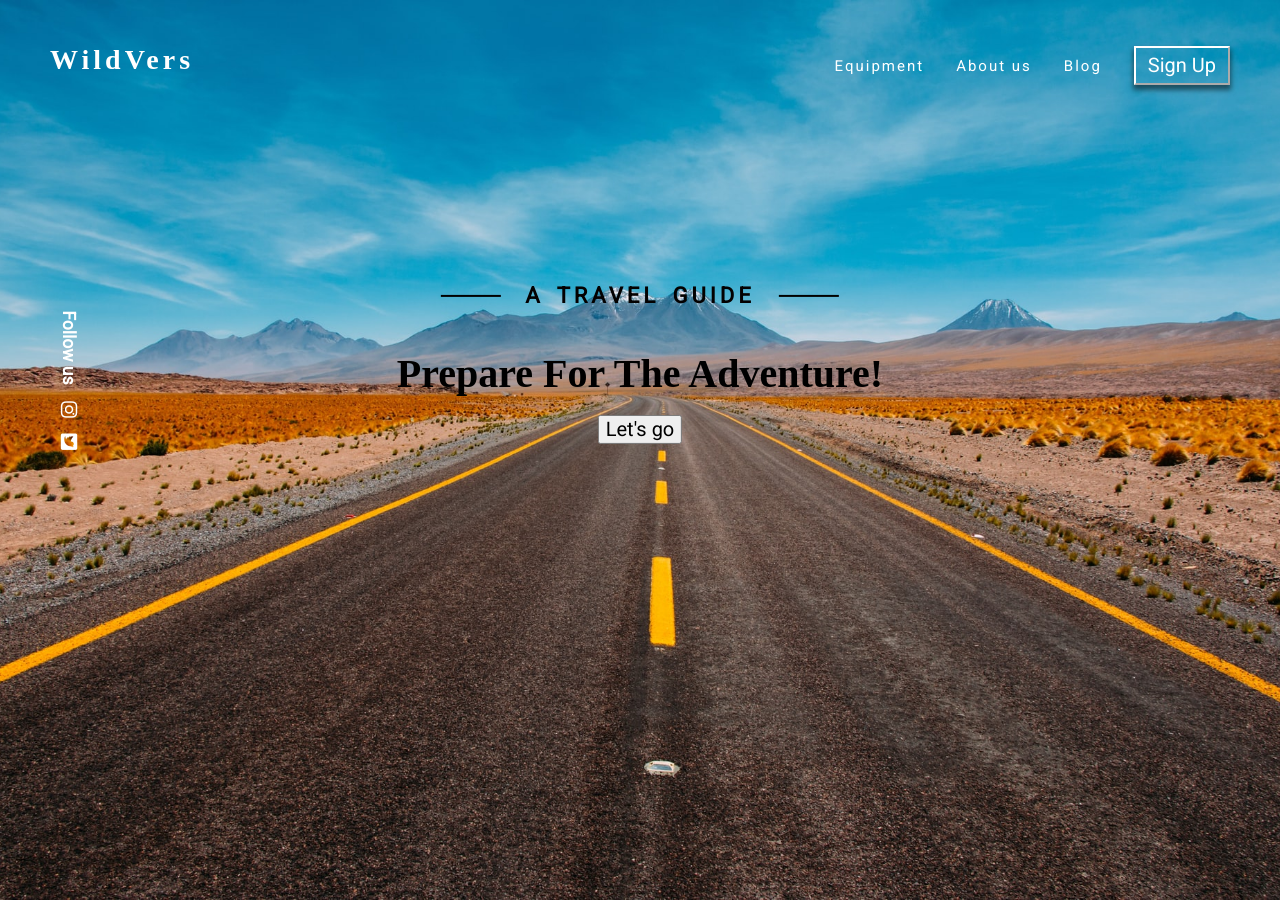
Repository: Hunga9k50doker/wildver-travel
Page: src/index.html
The author's editor kept a copy of each file at every save. The page is drawn from the files as they stood at one save, then again after a run of saves.
The browser window is 1280 px wide. The pictures show the whole page.
Some web fonts or font styles are not loaded; a fallback is used. The style sheet was rebuilt from its Sass, Less or Tailwind sources for each picture, by a compiler version that may differ from the author's.

Above is the page before, as saved 2021-08-26 00:25:24.

### src/index.html
<!DOCTYPE html>
<html lang="en">
<head>
    <meta charset="UTF-8">
    <meta http-equiv="X-UA-Compatible" content="IE=edge">
    <meta name="viewport" content="width=device-width, initial-scale=1.0">
    <link href="https://fonts.googleapis.com/css2?family=Hina+Mincho&family=Roboto&display=swap" rel="stylesheet">
    <link rel="stylesheet" href="public/css/normalize.min.css">
    <link rel="stylesheet" href="public/css/grid.css">
    <link rel="stylesheet" href="public/css/base.css">
    <link rel="stylesheet" href="public/css/header.css">
    <link rel="stylesheet" href="public/vendor/fontawesome-free-5.15.3-web/css/all.min.css">
    <title>Document</title>
</head>
<body>
    <div class="app">
        <section class="header">
            <section class="header_nav">
                <h1 class="header_nav-home">WildVers</h1>
                <div class="header_nav-body">
                    <a href="/" class="header_nav-body-item">Equipment</a>
                    <a href="/" class="header_nav-body-item">About us</a>
                    <a href="/" class="header_nav-body-item">Blog</a>
                    <button class="header_nav-body-res">Sign Up</button>
                </div>
            </section>
            <section class="header_contain">
                <div class="header_contain-follow">
                    <p>Follow us</p>
                   <a href="/">
                       <i class="fab fa-instagram"></i>
                   </a>
                   <a href="/">
                       <i class="fab fa-twitter-square"></i>
                   </a>
                </div>
                <div class="header_contain-content">
                    <h3 class="header_contain-content-title">A travel guide</h3>
                    <h2>Prepare For The Adventure!</h2>
                    <button>Let's go</button>
                </div>
            </section>
        </section>
        <section class="grip wide">

        </section>
    </div>
</body>
</html>

### src/public/css/normalize.min.css
html{line-height:1.15;-webkit-text-size-adjust:100%}body{margin:0}main{display:block}h1{font-size:2em;margin:.67em 0}hr{box-sizing:content-box;height:0;overflow:visible}pre{font-family:monospace,monospace;font-size:1em}a{background-color:transparent}abbr[title]{border-bottom:none;text-decoration:underline;text-decoration:underline dotted}b,strong{font-weight:bolder}code,kbd,samp{font-family:monospace,monospace;font-size:1em}small{font-size:80%}sub,sup{font-size:75%;line-height:0;position:relative;vertical-align:baseline}sub{bottom:-.25em}sup{top:-.5em}img{border-style:none}button,input,optgroup,select,textarea{font-family:inherit;font-size:100%;line-height:1.15;margin:0}button,input{overflow:visible}button,select{text-transform:none}[type=button],[type=reset],[type=submit],button{-webkit-appearance:button}[type=button]::-moz-focus-inner,[type=reset]::-moz-focus-inner,[type=submit]::-moz-focus-inner,button::-moz-focus-inner{border-style:none;padding:0}[type=button]:-moz-focusring,[type=reset]:-moz-focusring,[type=submit]:-moz-focusring,button:-moz-focusring{outline:1px dotted ButtonText}fieldset{padding:.35em .75em .625em}legend{box-sizing:border-box;color:inherit;display:table;max-width:100%;padding:0;white-space:normal}progress{vertical-align:baseline}textarea{overflow:auto}[type=checkbox],[type=radio]{box-sizing:border-box;padding:0}[type=number]::-webkit-inner-spin-button,[type=number]::-webkit-outer-spin-button{height:auto}[type=search]{-webkit-appearance:textfield;outline-offset:-2px}[type=search]::-webkit-search-decoration{-webkit-appearance:none}::-webkit-file-upload-button{-webkit-appearance:button;font:inherit}details{display:block}summary{display:list-item}template{display:none}[hidden]{display:none}
/*# sourceMappingURL=normalize.min.css.map */

### src/public/css/grid.css
.grid {
    width: 100%;
    display: block;
    padding: 0;
    margin: 0 auto;
}

.grid.wide {
    max-width: 1200px;
    margin: 0 auto;
}

.row {
    display: flex;
    flex-wrap: wrap;
    margin-left: -4px;
    margin-right: -4px;
}


.row.no-gutters {
    margin-left: 0;
    margin-right: 0;
}

.col {

    padding-left: 4px;
    padding-right: 4px;
}

.row.no-gutters .col {
    padding-left: 0;
    padding-right: 0;
}

.c-0 {
    display: none;
}

.c-1 {
    flex: 0 0 8.33333%;
    max-width: 8.33333%;
}

.c-2 {
    flex: 0 0 16.66667%;
    max-width: 16.66667%;
}

.c-3 {
    flex: 0 0 25%;
    max-width: 25%;
}

.c-4 {
    flex: 0 0 33.33333%;
    max-width: 33.33333%;
}

.c-5 {
    flex: 0 0 41.66667%;
    max-width: 41.66667%;
}

.c-6 {
    flex: 0 0 50%;
    max-width: 50%;
}

.c-7 {
    flex: 0 0 58.33333%;
    max-width: 58.33333%;
}

.c-8 {
    flex: 0 0 66.66667%;
    max-width: 66.66667%;
}

.c-9 {
    flex: 0 0 75%;
    max-width: 75%;
}

.c-10 {
    flex: 0 0 83.33333%;
    max-width: 83.33333%;
}

.c-11 {
    flex: 0 0 91.66667%;
    max-width: 91.66667%;
}

.c-12 {
    flex: 0 0 100%;
    max-width: 100%;
}

.c-o-1 {
    margin-left: 8.33333%;
}

.c-o-2 {
    margin-left: 16.66667%;
}

.c-o-3 {
    margin-left: 25%;
}

.c-o-4 {
    margin-left: 33.33333%;
}

.c-o-5 {
    margin-left: 41.66667%;
}

.c-o-6 {
    margin-left: 50%;
}

.c-o-7 {
    margin-left: 58.33333%;
}

.c-o-8 {
    margin-left: 66.66667%;
}

.c-o-9 {
    margin-left: 75%;
}

.c-o-10 {
    margin-left: 83.33333%;
}

.c-o-11 {
    margin-left: 91.66667%;
}

/* >= Tablet */
@media (min-width: 740px) {
    .row {
        margin-left: -8px;
        margin-right: -8px;
    }

    .col {
        padding-left: 8px;
        padding-right: 8px;
    }

    .m-0 {
        display: none;
    }

    .m-1,
    .m-2,
    .m-3,
    .m-4,
    .m-5,
    .m-6,
    .m-7,
    .m-8,
    .m-9,
    .m-10,
    .m-11,
    .m-12 {
        display: block;
    }

    .m-1 {
        flex: 0 0 8.33333%;
        max-width: 8.33333%;
    }

    .m-2 {
        flex: 0 0 16.66667%;
        max-width: 16.66667%;
    }

    .m-3 {
        flex: 0 0 25%;
        max-width: 25%;
    }

    .m-4 {
        flex: 0 0 33.33333%;
        max-width: 33.33333%;
    }

    .m-5 {
        flex: 0 0 41.66667%;
        max-width: 41.66667%;
    }

    .m-6 {
        flex: 0 0 50%;
        max-width: 50%;
    }

    .m-7 {
        flex: 0 0 58.33333%;
        max-width: 58.33333%;
    }

    .m-8 {
        flex: 0 0 66.66667%;
        max-width: 66.66667%;
    }

    .m-9 {
        flex: 0 0 75%;
        max-width: 75%;
    }

    .m-10 {
        flex: 0 0 83.33333%;
        max-width: 83.33333%;
    }

    .m-11 {
        flex: 0 0 91.66667%;
        max-width: 91.66667%;
    }

    .m-12 {
        flex: 0 0 100%;
        max-width: 100%;
    }

    .m-o-1 {
        margin-left: 8.33333%;
    }

    .m-o-2 {
        margin-left: 16.66667%;
    }

    .m-o-3 {
        margin-left: 25%;
    }

    .m-o-4 {
        margin-left: 33.33333%;
    }

    .m-o-5 {
        margin-left: 41.66667%;
    }

    .m-o-6 {
        margin-left: 50%;
    }

    .m-o-7 {
        margin-left: 58.33333%;
    }

    .m-o-8 {
        margin-left: 66.66667%;
    }

    .m-o-9 {
        margin-left: 75%;
    }

    .m-o-10 {
        margin-left: 83.33333%;
    }

    .m-o-11 {
        margin-left: 91.66667%;
    }
}

/* PC medium resolution > */
@media (min-width: 1113px) {
    .row {
        margin-left: -12px;
        margin-right: -12px;
    }

    .row.sm-gutter {
        margin-left: -5px;
        margin-right: -5px;
    }

    .col {
        padding-left: 12px;
        padding-right: 12px;
    }

    .row.sm-gutter .col {
        padding-left: 5px;
        padding-right: 5px;
    }

    .l-0 {
        display: none;
    }

    .l-1,
    .l-2,
    .l-2-4,
    .l-3,
    .l-4,
    .l-5,
    .l-6,
    .l-7,
    .l-8,
    .l-9,
    .l-10,
    .l-11,
    .l-12 {
        display: block;
    }

    .l-1 {
        flex: 0 0 8.33333%;
        max-width: 8.33333%;
    }

    .l-2 {
        flex: 0 0 16.66667%;
        max-width: 16.66667%;
    }

    .l-2-4 {
        flex: 0 0 20%;
        max-width: 20%;
    }

    .l-3 {
        flex: 0 0 25%;
        max-width: 25%;
    }

    .l-4 {
        flex: 0 0 33.33333%;
        max-width: 33.33333%;
    }

    .l-5 {
        flex: 0 0 41.66667%;
        max-width: 41.66667%;
    }

    .l-6 {
        flex: 0 0 50%;
        max-width: 50%;
    }

    .l-7 {
        flex: 0 0 58.33333%;
        max-width: 58.33333%;
    }

    .l-8 {
        flex: 0 0 66.66667%;
        max-width: 66.66667%;
    }

    .l-9 {
        flex: 0 0 75%;
        max-width: 75%;
    }

    .l-10 {
        flex: 0 0 83.33333%;
        max-width: 83.33333%;
    }

    .l-11 {
        flex: 0 0 91.66667%;
        max-width: 91.66667%;
    }

    .l-12 {
        flex: 0 0 100%;
        max-width: 100%;
    }

    .l-o-1 {
        margin-left: 8.33333%;
    }

    .l-o-2 {
        margin-left: 16.66667%;
    }

    .l-o-3 {
        margin-left: 25%;
    }

    .l-o-4 {
        margin-left: 33.33333%;
    }

    .l-o-5 {
        margin-left: 41.66667%;
    }

    .l-o-6 {
        margin-left: 50%;
    }

    .l-o-7 {
        margin-left: 58.33333%;
    }

    .l-o-8 {
        margin-left: 66.66667%;
    }

    .l-o-9 {
        margin-left: 75%;
    }

    .l-o-10 {
        margin-left: 83.33333%;
    }

    .l-o-11 {
        margin-left: 91.66667%;
    }
}

/* Tablet - PC low resolution */
@media (min-width: 740px) and (max-width: 1023px) {
    .wide {
        width: 644px;
    }
}

/* > PC low resolution */
@media (min-width: 1024px) and (max-width: 1239px) {
    .wide {
        width: 984px;
    }

    .wide .row {
        margin-left: -12px;
        margin-right: -12px;
    }

    .wide .row.sm-gutter {
        margin-left: -5px;
        margin-right: -5px;
    }

    .wide .col {
        padding-left: 12px;
        padding-right: 12px;
    }

    .wide .row.sm-gutter .col {
        padding-left: 5px;
        padding-right: 5px;
    }

    .wide .l-0 {
        display: none;
    }

    .wide .l-1,
    .wide .l-2,
    .wide .l-2-4,
    .wide .l-3,
    .wide .l-4,
    .wide .l-5,
    .wide .l-6,
    .wide .l-7,
    .wide .l-8,
    .wide .l-9,
    .wide .l-10,
    .wide .l-11,
    .wide .l-12 {
        display: block;
    }

    .wide .l-1 {
        flex: 0 0 8.33333%;
        max-width: 8.33333%;
    }

    .wide .l-2 {
        flex: 0 0 16.66667%;
        max-width: 16.66667%;
    }

    .wide .l-2-4 {
        flex: 0 0 20%;
        max-width: 20%;
    }

    .wide .l-3 {
        flex: 0 0 25%;
        max-width: 25%;
    }

    .wide .l-4 {
        flex: 0 0 33.33333%;
        max-width: 33.33333%;
    }

    .wide .l-5 {
        flex: 0 0 41.66667%;
        max-width: 41.66667%;
    }

    .wide .l-6 {
        flex: 0 0 50%;
        max-width: 50%;
    }

    .wide .l-7 {
        flex: 0 0 58.33333%;
        max-width: 58.33333%;
    }

    .wide .l-8 {
        flex: 0 0 66.66667%;
        max-width: 66.66667%;
    }

    .wide .l-9 {
        flex: 0 0 75%;
        max-width: 75%;
    }

    .wide .l-10 {
        flex: 0 0 83.33333%;
        max-width: 83.33333%;
    }

    .wide .l-11 {
        flex: 0 0 91.66667%;
        max-width: 91.66667%;
    }

    .wide .l-12 {
        flex: 0 0 100%;
        max-width: 100%;
    }

    .wide .l-o-1 {
        margin-left: 8.33333%;
    }

    .wide .l-o-2 {
        margin-left: 16.66667%;
    }

    .wide .l-o-3 {
        margin-left: 25%;
    }

    .wide .l-o-4 {
        margin-left: 33.33333%;
    }

    .wide .l-o-5 {
        margin-left: 41.66667%;
    }

    .wide .l-o-6 {
        margin-left: 50%;
    }

    .wide .l-o-7 {
        margin-left: 58.33333%;
    }

    .wide .l-o-8 {
        margin-left: 66.66667%;
    }

    .wide .l-o-9 {
        margin-left: 75%;
    }

    .wide .l-o-10 {
        margin-left: 83.33333%;
    }

    .wide .l-o-11 {
        margin-left: 91.66667%;
    }
}

### src/resources/scss/base.scss
@import "variables";

*{
    font-size: 62.5%;
    box-sizing: inherit;
}
html{
    margin: 0;
    padding: 0;
    line-height: 1.6rem;
    box-sizing: border-box;
    font-family: 'Roboto', sans-serif;
}
h1,h2{
    font-family: 'Besley', serif;
}

a{
    color: $white-color;
    text-decoration: none;
}

### src/resources/scss/_variables.scss
$orange-color: #ff6b00;
$white-color: #fff;
$text-color: #e2ddd6;
$waxen-color: #f9caa9;
$black-color: #030101;

### src/resources/scss/header.scss
@import "variables";

.header{
    position: relative;
    background: url(/src/public/img/bg2.jpg) ;
    width: 100%;
    min-width: 500px;
    height: 900px;
    min-height:500px;
    background-position: center;
    background-repeat: no-repeat;
    background-size: cover;
    // z-index: -1;
    &_nav{
        display:flex;
        color: $white-color;
        padding: 4.6rem 5rem 0 5rem;
        &-home{
            flex: 1;
            margin: 0;
            font-size: 2.8rem;
            letter-spacing:4px;
            line-height:100%;
            cursor: pointer;
        }
        &-body{
            display:flex;
            align-items:center;
            justify-content: center;
            font-size: 2.4rem;
            letter-spacing:2px;
            &-item{
                color:$white-color;
                margin:0 1.6rem;
                transform: scale(1);
                &:hover{
                    color: $orange-color;
                    transform: scale(1.1);
                    transition:transform 0.3s;
                }
            }
            button{
                font-size: 2rem;
                padding:6px 1.2rem;
                margin-left: 1.6rem;
                background:transparent;
                color:$white-color;
                border-color: $white-color;
                border-style: solid 2px;
                cursor: pointer;
                box-shadow: 0 4px 5px 1px rgba(0,0,0,0.5);
                transform: translateY(0);
                transition:transform 0.3s linear;
                &:hover{
                    background: $orange-color;
                    box-shadow: 0 0px 5px 1px rgba(0,0,0,0.5);
                    transform: translateY(4px);
                    transition:transform 0.3s linear;
                }
            }
        }

    }

    &_contain{
        position: relative;
        display:flex;
        align-items:center;
        justify-content: center;
        left: 0;
        top: 30%;
        transform: translateY(-70%);
        &-follow{
            position: absolute;
            top: 0;
            left:0;
            font-size: 2.8rem;
            font-weight: 700;
            display:flex;
            align-items:center;
            justify-content: center;
            color:$white-color;
            transform:rotate(90deg);
            margin:0;
            a:nth-child(2){
                margin:0 16px;
            }
            a{
                font-size: 3rem;
                transform: scale(1);
                transition: transform 0.3s;
                cursor: pointer;
                &:hover{
                     color:$orange-color;
                     transform: scale(1.1);
                     transition: transform 0.3s;
                 }
            }
        }
        &-content{
            position: absolute;
            top: 50%;
            left:50%;
            transform: translate(-50%,-50%);
            font-size: 2rem;
            display:flex;
            flex-direction: column;
            align-items:center;
            justify-content: center;
            &-title{
                position: relative;
                font-size: 2.2rem;
                color: $black-color;
                word-spacing: 4px;
                letter-spacing: 4px;
                text-transform: uppercase;
                &:after{
                    content: " ";
                    position: absolute;
                    width:6rem;
                    height:2px;
                    top: 50%;
                    transform: translateY(-50%);
                    right: -8.4rem;
                    background: #000;

                }
                &::before{
                    content: " ";
                    position: absolute;
                    width:6rem;
                    height:2px;
                    top: 50%;
                    transform: translateY(-50%);
                    left: -8.4rem;
                    background: #000;

                }
            }
            h2{
                font-size:4rem;
                margin-top: 4rem;
            }
        }
    }
}

Loaded but not shown: src/public/vendor/fontawesome-free-5.15.3-web/css/all.min.css (library)

After the next 3 saves:
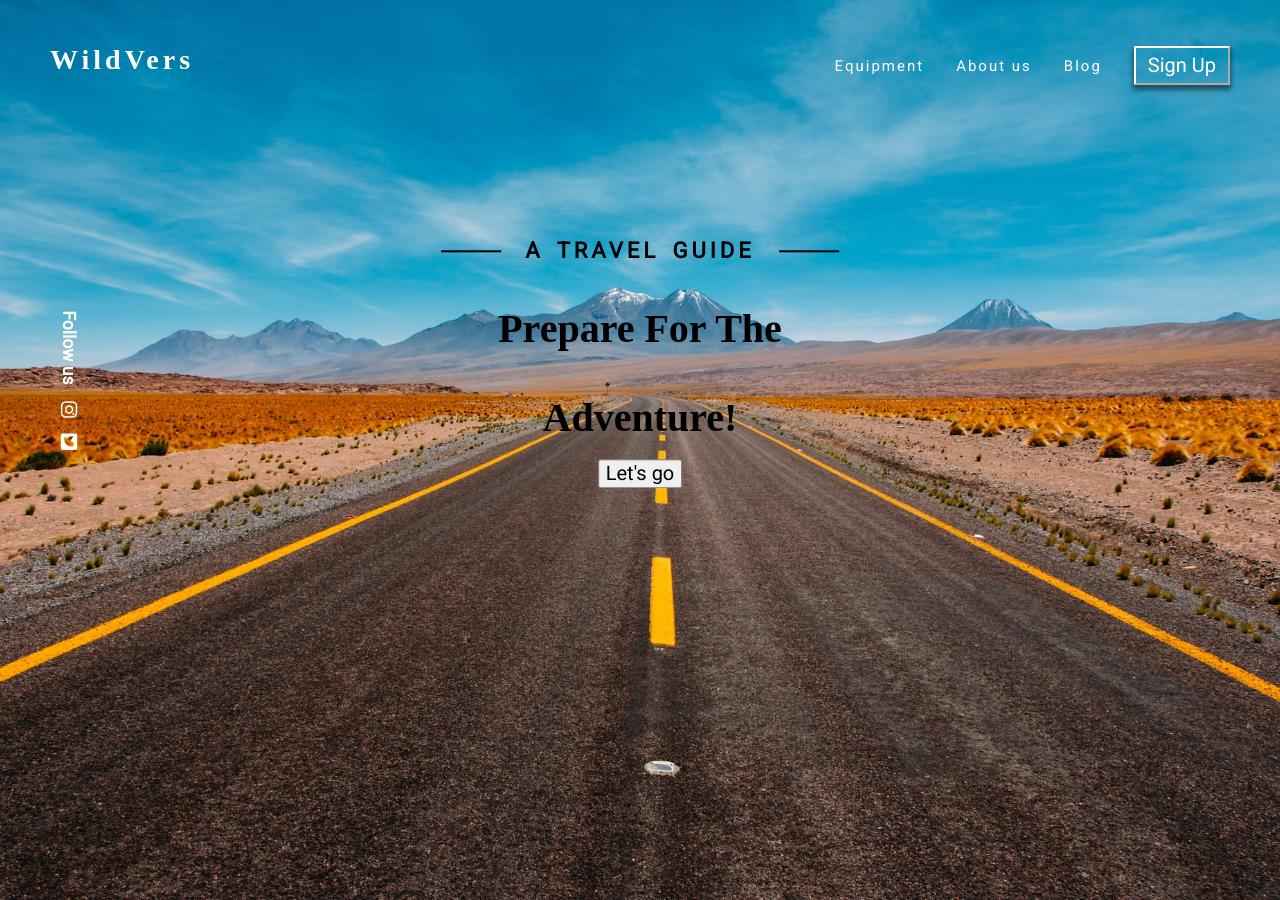
The 3 saves are shown as one change because they came seconds apart.
The last was saved 31 s later.
--- a/src/index.html
+++ b/src/index.html
@@ -36,7 +36,8 @@
                 </div>
                 <div class="header_contain-content">
                     <h3 class="header_contain-content-title">A travel guide</h3>
-                    <h2>Prepare For The Adventure!</h2>
+                    <h2>Prepare For The</h2>
+                    <h2> Adventure!</h2>
                     <button>Let's go</button>
                 </div>
             </section>
